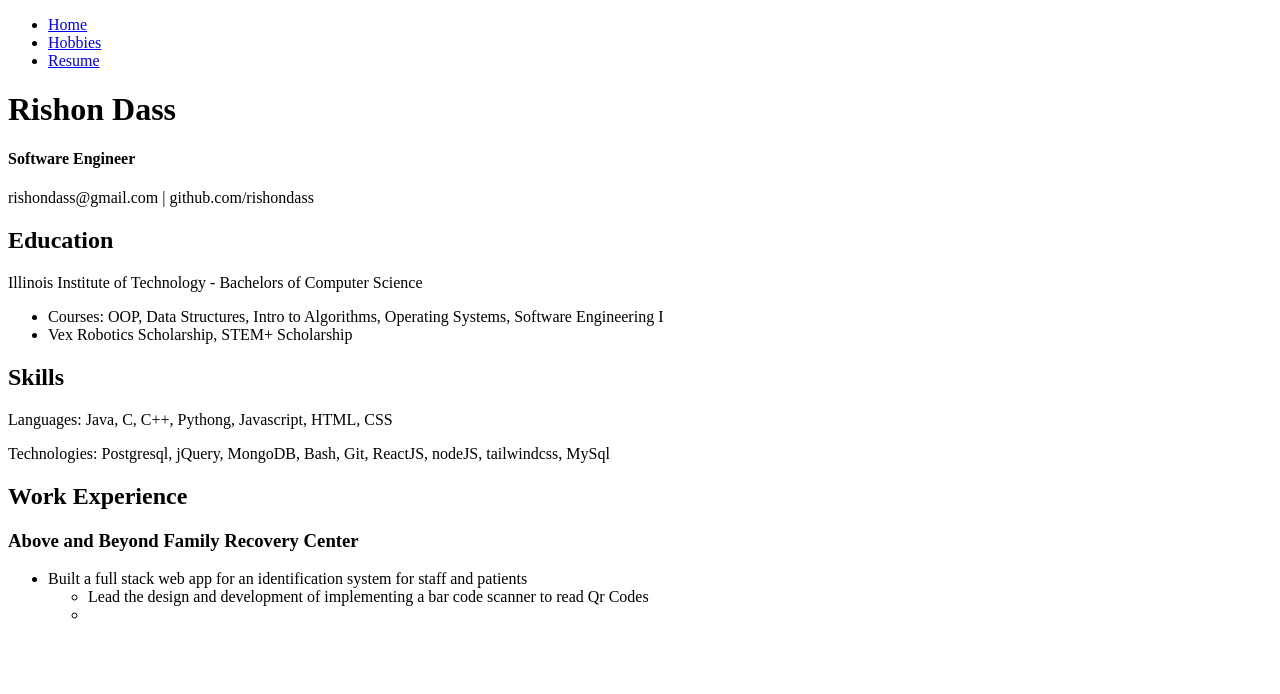
Repository: rishondass/ITMD361-Project1
Page: resume.html
These files come from the project's save history. The page is drawn as it stood at one moment and after a run of saves; the edit follows.
The browser window is 1280 px wide. The pictures show the whole page.

Above is the page before, as saved 2023-02-22 15:23:17.

After the next 4 saves:
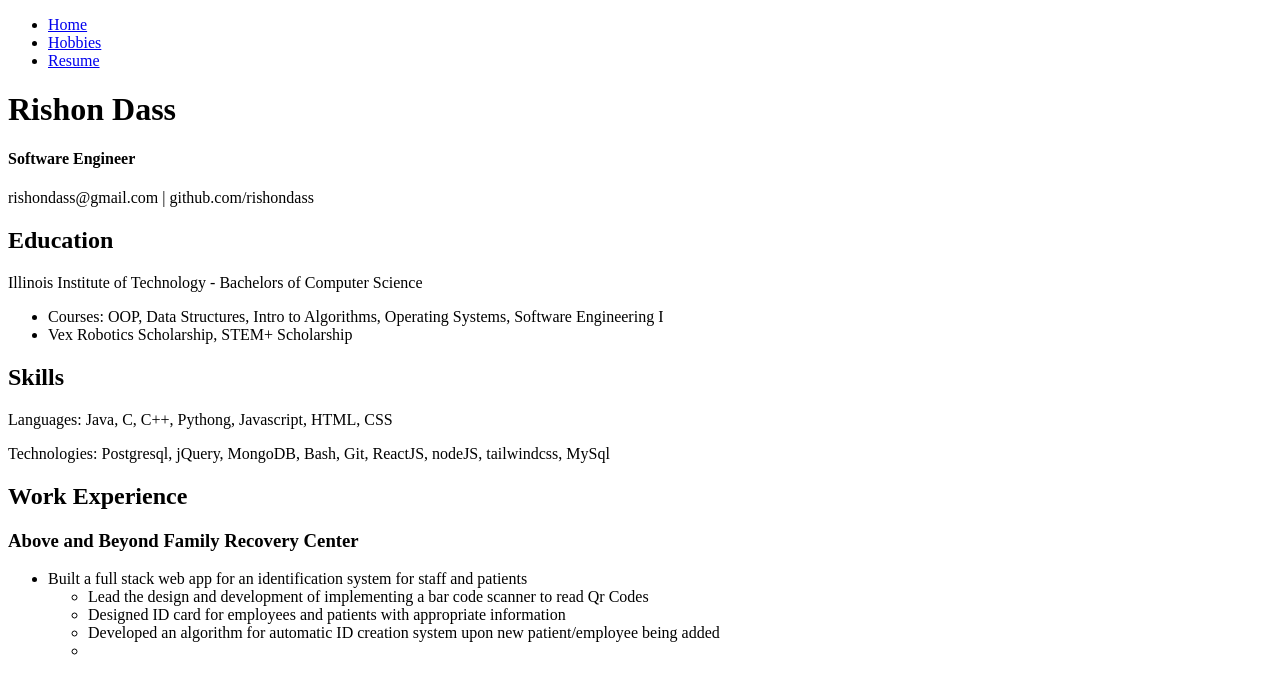
The 4 saves are shown as one change because they came seconds apart.
The last was saved 12 s later.
--- a/resume.html
+++ b/resume.html
@@ -72,6 +72,12 @@
                         Lead the design and development of implementing a bar code scanner to read Qr Codes
                     </li>
                     <li>
+                        Designed ID card for employees and patients with appropriate information
+                    </li>
+                    <li>
+                        Developed an algorithm for automatic ID creation system upon new patient/employee being added
+                    </li>
+                    <li>
 
                     </li>
                 </ul>
